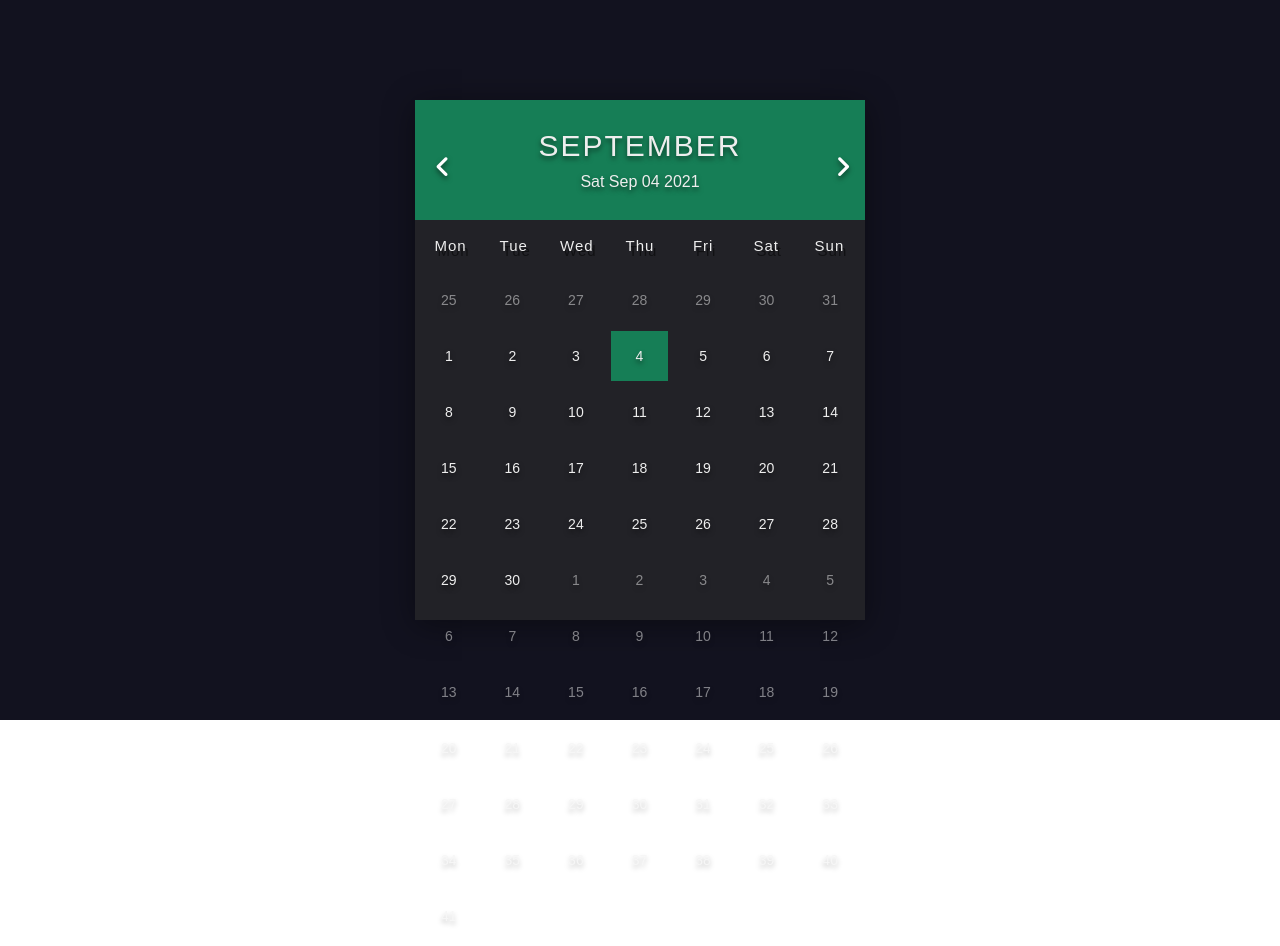
Repository: dboinska/calendar
Page: index.html
The author's editor kept a copy of each file at every save. The page is drawn from the files as they stood at one save, then again after the next save.
The browser window is 1280 px wide. The pictures show the whole page.
Some web libraries are served in a nearby version.

Above is the page before, as saved 2021-09-06 12:44:36.

### index.html
<!DOCTYPE html>
<html lang="en">
  <head>
    <meta charset="UTF-8" />
    <meta http-equiv="X-UA-Compatible" content="IE=edge" />
    <meta name="viewport" content="width=device-width, initial-scale=1.0" />
    <title>Calendar</title>
    <script
      src="https://kit.fontawesome.com/5567926149.js"
      crossorigin="anonymous"
    ></script>
    <link rel="stylesheet" href="style.css" />
  </head>
  <body>
    <div class="container">
      <div class="calendar">
        <div class="month">
          <i class="fas fa-angle-left prev"></i>
          <div class="date">
            <h1></h1>
            <p></p>
          </div>
          <i class="fas fa-angle-right next"></i>
        </div>
        <div class="weekdays">
          <div>Mon</div>
          <div>Tue</div>
          <div>Wed</div>
          <div>Thu</div>
          <div>Fri</div>
          <div>Sat</div>
          <div>Sun</div>
        </div>
        <div class="days"></div>
      </div>
    </div>
    <script src="script.js"></script>
  </body>
</html>

### style.css
* {
  margin: 0;
  padding: 0;
  box-sizing: border-box;
  font-family: "Quicksand", sans-serif;
}

html {
  font-size: 62.5%;
}

.container {
  width: 100%;
  height: 100vh;
  background-color: #12121f;
  color: #eee;
  display: flex;
  justify-content: center;
  align-items: center;
}

.calendar {
  width: 45rem;
  height: 52rem;
  background-color: #222227;
  box-shadow: 0 0.5rem 3rem rgba(0, 0, 0, 0.4);
}

.fas {
  height: 10px;
  width: 10px;
  color: white;
}

.month {
  width: 100%;
  height: 12rem;
  background-color: #167e56;
  display: flex;
  justify-content: space-between;
  align-items: center;
  padding: 0 2rem;
  text-align: center;
  text-shadow: 0 0.3rem 0.5rem rgba(0, 0, 0, 0.5);
}

.month i {
  font-size: 2.5rem;
  cursor: pointer;
}

.month h1 {
  font-size: 3rem;
  font-weight: 400;
  text-transform: uppercase;
  letter-spacing: 0.2rem;
  margin-bottom: 1rem;
}

.month p {
  font-size: 1.6rem;
}

.weekdays {
  width: 100%;
  height: 5rem;
  padding: 0 0.4rem;
  display: flex;
  align-items: center;
}

.weekdays div {
  font-size: 1.5rem;
  font-weight: 400;
  letter-spacing: 0.1rem;
  width: calc(44.2rem / 7);
  display: flex;
  justify-content: center;
  align-items: center;
  text-shadow: 0.3rem 0.5rem rgba(0, 0, 0, 0.5);
}

.days {
  width: 100%;
  display: flex;
  flex-wrap: wrap;
  padding: 0.2rem;
}

.days div {
  font-size: 1.4rem;
  margin: 0.3rem;
  width: calc(40.3rem / 7);
  height: 5rem;
  display: flex;
  justify-content: center;
  align-items: center;
  text-shadow: 0 0.3rem 0.5rem rgba(0, 0, 0, 0.5);
  transition: background-color 0.2s;
}

.days div:hover:not(.today) {
  background-color: #262626;
  border: 2rem solid #777;
  cursor: pointer;
}

.prev-date,
.next-date {
  opacity: 0.5;
}

.today {
  background-color: #167e56;
}

### script.js
const date = new Date();
const renderCalendar = () => {
  const monthDays = document.querySelector(".days");
  const lastDay = new Date(
    date.getFullYear(),
    date.getMonth() + 1,
    0
  ).getDate();
  const prevLastDay = new Date(
    date.getFullYear(),
    date.getMonth(),
    0
  ).getDate();
  const firstDayIndex = date.getDay();
  const lastDayIndex = new Date(
    date.getFullYear(),
    date.getMonth(),
    0
  ).getDay();
  console.log(lastDayIndex);
  console.log(lastDay);

  const nextDays = 7 - lastDayIndex - 1;
  const months = [
    "January",
    "February",
    "March",
    "April",
    "May",
    "June",
    "July",
    "August",
    "September",
    "October",
    "November",
    "December",
  ];

  document.querySelector(".date h1").innerHTML = months[date.getMonth()];

  document.querySelector(".date p").innerHTML = new Date().toDateString();

  let days = "";

  for (let x = firstDayIndex + 1; x > 0; x--) {
    days += `<div class="prev-date">${prevLastDay - x + 1}</div>`;
  }
  for (let i = 1; i <= lastDay; i++) {
    if (
      i === new Date().getDate() &&
      date.getMonth() === new Date().getMonth()
    ) {
      days += `<div class="today">${i}</div>`;
    } else {
      days += `<div>${i}</div>`;
    }

    monthDays.innerHTML = days;
  }
  console.log("next days", nextDays, "last day index", lastDayIndex);
  for (let j = 1; j <= 42 - 1; j++) {
    days += `<div class="next-date">${j}</div>`;
    monthDays.innerHTML = days;
  }
};
// date.setDate(1);
// console.log(date.getDay());
// const month = date.getMonth();
// console.log(month);

document.querySelector(".prev").addEventListener("click", () => {
  date.setMonth(date.getMonth() - 1);
  renderCalendar();
});

document.querySelector(".next").addEventListener("click", () => {
  date.setMonth(date.getMonth() + 1);
  renderCalendar();
});

renderCalendar();

After the next save:
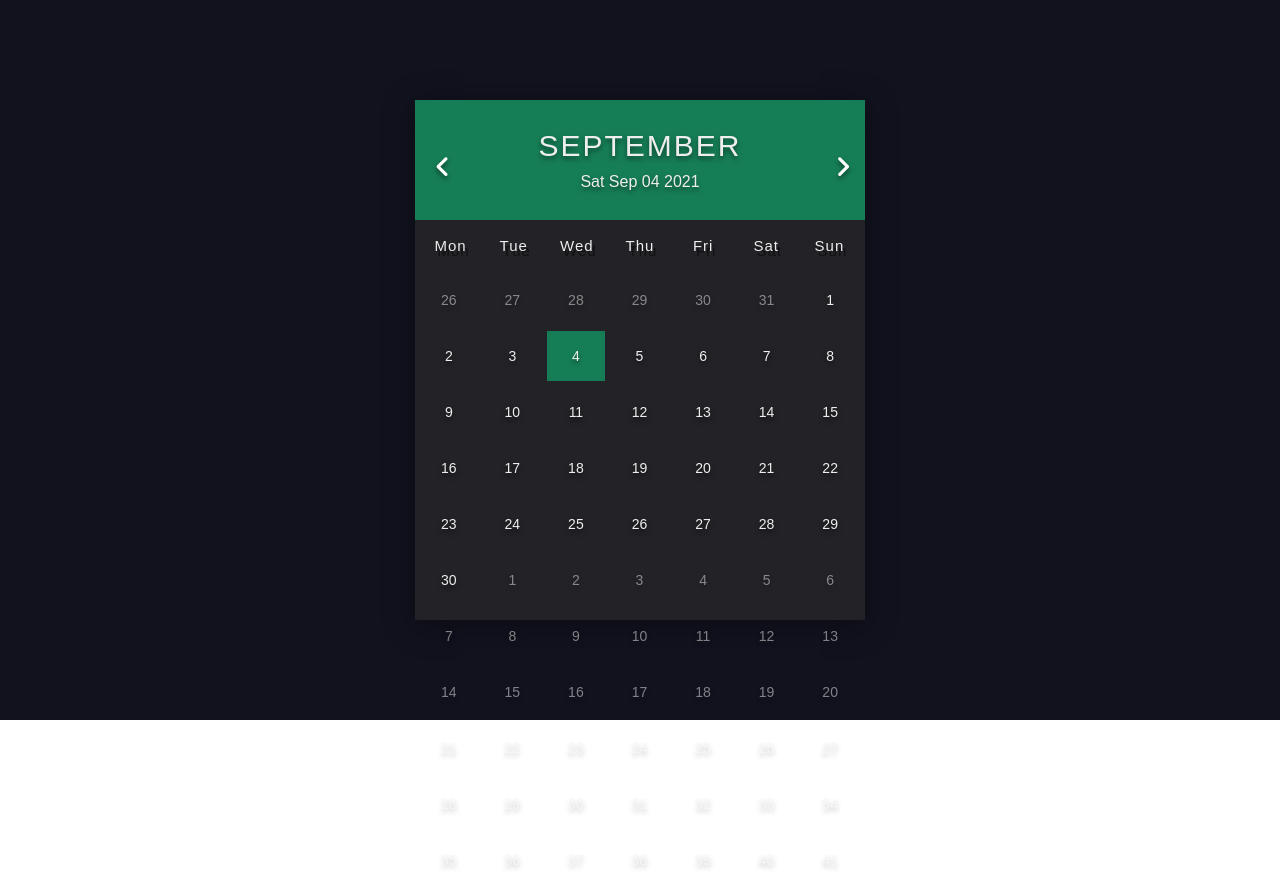
Saved 104 s later.
--- a/script.js
+++ b/script.js
@@ -42,7 +42,7 @@ const renderCalendar = () => {
 
   let days = "";
 
-  for (let x = firstDayIndex + 1; x > 0; x--) {
+  for (let x = firstDayIndex; x > 0; x--) {
     days += `<div class="prev-date">${prevLastDay - x + 1}</div>`;
   }
   for (let i = 1; i <= lastDay; i++) {
